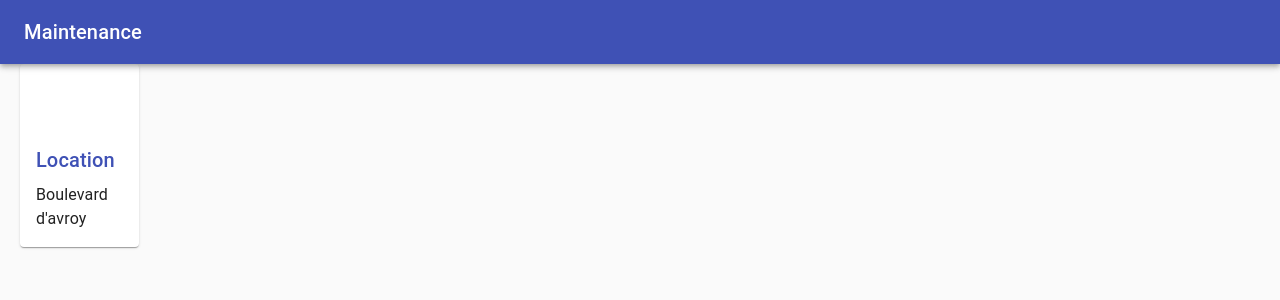
Repository: sapbrussels/intelligenthighway_webapp
Page: /Maintenance (app in router/)
The author's editor kept a copy of each file at every save. The page is drawn from the files as they stood at one save, then again after the next save.
The browser window is 1280 px wide. The pictures show the whole page.
The project was rebuilt for these pictures with package versions that can differ from the ones it lists, and the page was loaded fresh each time. Also part of the build but not shown: router/src/App.css, router/src/Login.js, router/src/Maps.js, router/src/Jobspage.js.

Above is the page before, as saved 2020-03-26 15:10:13.

### router/src/App.js
import React from 'react';
import {BrowserRouter, Route, Switch} from "react-router-dom";
import './App.css';
import Login from './Login';
import Jobspage from'./Jobspage';
import Maintenance from './Maintenance';


function App() {
  return (
    <BrowserRouter>
    <Switch>
     <Route path='/' exact component={Login}/>
     <Route path='/Jobspage' exact component={Jobspage}/>
     <Route path='/Maintenance' exact component={Maintenance}/>
     </Switch>
    </BrowserRouter>

  );
}

export default App;

### router/src/Maintenance.js
import React from 'react';
import { makeStyles } from '@material-ui/core/styles';
import CssBaseline from '@material-ui/core/CssBaseline';
import AppBar from '@material-ui/core/AppBar';
import Toolbar from '@material-ui/core/Toolbar';
import Typography from '@material-ui/core/Typography';
import DateMaintenance from './DateMaintenance';
import Grid from '@material-ui/core/Grid';
import Paper from '@material-ui/core/Paper';



const useStyles = makeStyles((theme) => ({
  paper: {
    marginTop: theme.spacing(8),
    display: 'flex',
    flexDirection: 'column',
    alignItems: 'center',
  },
  root: {
    display: 'flex',
  },
  toolbar: {
    paddingRight: 24, // keep right padding when drawer closed
  },
  toolbarIcon: {
    display: 'flex',
    alignItems: 'center',
    justifyContent: 'flex-end',
    padding: '0 8px',
    ...theme.mixins.toolbar,
  },
  appBar: {
    zIndex: theme.zIndex.drawer + 1,
    transition: theme.transitions.create(['width', 'margin'], {
      easing: theme.transitions.easing.sharp,
      duration: theme.transitions.duration.leavingScreen,
    }),
  },
  fixedHeight: {
    padding: theme.spacing(2),
    display: 'flex',
    overflow: 'auto',
    flexDirection: 'column',
  },
}));

export default function Dashboard() {
  const classes = useStyles();

  const fixedHeightPaper = (classes.fixedHeight);
  return (
    <div className={classes.root}>
      <CssBaseline />
      <AppBar position="absolute" className={classes.appBar}>
        <Toolbar className={classes.toolbar}>
          <Typography component="h1" variant="h6" color="inherit" noWrap className={classes.title}>
            Maintenance
          </Typography>
        </Toolbar>
      </AppBar>
      <div className={classes.paper}>
            <Grid item xs={12} md={8} lg={9}>
              <Paper className={fixedHeightPaper}>
                <DateMaintenance/>
              </Paper>
            </Grid>
      </div>
    </div>
  );
}

### router/src/listItems.js
import React from 'react';
import ListItem from '@material-ui/core/ListItem';
import ListItemIcon from '@material-ui/core/ListItemIcon';
import ListItemText from '@material-ui/core/ListItemText';
import DashboardIcon from '@material-ui/icons/Dashboard';
import ShoppingCartIcon from '@material-ui/icons/ShoppingCart';
import PeopleIcon from '@material-ui/icons/People';

export const mainListItems = (
  <div>
    <ListItem >
      <ListItemIcon>
        <DashboardIcon />
      </ListItemIcon>
      <ListItemText  primary="jobs page" />
    </ListItem>
    <ListItem button>
      <ListItemIcon>
        <ShoppingCartIcon />
      </ListItemIcon>
      <ListItemText primary="maintenance" />
    </ListItem>
    <ListItem button>
      <ListItemIcon>
        <PeopleIcon />
      </ListItemIcon>
      <ListItemText primary="help" />
    </ListItem>
  </div>
);

### router/src/LightStatus.js
import React from 'react';
import Link from '@material-ui/core/Link';
import { makeStyles } from '@material-ui/core/styles';
import Table from '@material-ui/core/Table';
import TableBody from '@material-ui/core/TableBody';
import TableCell from '@material-ui/core/TableCell';
import TableHead from '@material-ui/core/TableHead';
import TableRow from '@material-ui/core/TableRow';
import Rectangle from 'react-rectangle';
import Title from './Title';



// Generate Order Data
function createData(id, street_light, status,light) {
  return { street_light, status, light};
}

const rows = [
  createData(0, 'Boulevard Avroy 1.9', 'ON', <Rectangle aspectRatio={[3,3]}>
  <div style={{ background: '#008000',  width: '40%', height: '40%' }} />
</Rectangle>),
  createData(1, 'Rue de Londres 2.1', 'OFF',<Rectangle aspectRatio={[3,3]}>
  <div style={{ background: '#FFFFFF', width: '40%', height: '40%' }} />
</Rectangle>),
  createData(2, 'Rue de Londres 2.3', 'X',<Rectangle aspectRatio={[3,3]}>
  <div style={{ background: '#FF0000', width: '40%', height: '40%' }} />
</Rectangle>),
];

function preventDefault(event) {
  event.preventDefault();
}

const useStyles = makeStyles((theme) => ({
  seeMore: {
    marginTop: theme.spacing(3),
    padding: '20px',
    borderRadius:'10px',
  },
}));

export default function LightStatus() {
  const classes = useStyles();
  return (
    <React.Fragment>
      <Title>Light status</Title>
      <Table size="small">
        <TableHead>
          <TableRow>
            <TableCell>street light</TableCell>
            <TableCell>status</TableCell>
            <TableCell></TableCell>
          </TableRow>
        </TableHead>
        <TableBody>
          {rows.map((row) => (
            <TableRow key={row.id}>
              <TableCell>{row.street_light}</TableCell>
              <TableCell> {row.status}</TableCell>
              <TableCell> {row.light}</TableCell>
            </TableRow>
          ))}
        </TableBody>
      </Table>
      <div className={classes.seeMore}>
        <Link color="primary" href="#" onClick={preventDefault}>
          See more lights
        </Link>
      </div>
    </React.Fragment>
  );
}

### router/src/Jobslist.js
import React from 'react';
import {Link} from 'react-router-dom';
import { makeStyles } from '@material-ui/core/styles';
import Table from '@material-ui/core/Table';
import TableBody from '@material-ui/core/TableBody';
import TableCell from '@material-ui/core/TableCell';
import TableHead from '@material-ui/core/TableHead';
import TableRow from '@material-ui/core/TableRow';
import Title from './Title';

// Generate Order Data
function createData(id, location, job, accept) {
  return { id, location, job, accept };
}

const rows = [
    createData(0, 'Boulevard Avroy 1.9', 'Maintenance',<button>Accept</button>),
    createData(1, 'Rue de Londres 2.1', 'Fix issue',<Link to="/Maintenance"><button>Accept</button></Link>),
];

function preventDefault(event) {
  event.preventDefault();
}

const useStyles = makeStyles((theme) => ({
  seeMore: {
    marginTop: theme.spacing(3),
    padding: '20px',
    borderRadius:'10px',
  },
}));

    export default function Jobslist() {
    const classes = useStyles();
    return (
        <React.Fragment>
        <Title>jobs available</Title>
        <Table size="small">
            <TableHead>
            <TableRow>
                <TableCell>location</TableCell>
                <TableCell>job</TableCell>
                <TableCell>Accept the job</TableCell>
            </TableRow>
            </TableHead>
            <TableBody>
            {rows.map((row) => (
                <TableRow key={row.id}>
                <TableCell>{row.location}</TableCell>
                <TableCell>{row.job}</TableCell>
                <TableCell>{row.accept}</TableCell>
                </TableRow>
            ))}
            </TableBody>
        </Table>
        <div className={classes.seeMore}>
            <Link color="primary" href="#" onClick={preventDefault}>
            See more orders
            </Link>
        </div>
        </React.Fragment>
    );
}

### router/src/DateMaintenance.js
import React from 'react';
import { makeStyles } from '@material-ui/core/styles';
import Typography from '@material-ui/core/Typography';
import Title from './Title';

const useStyles = makeStyles((theme)=>({

  paper:{
      marginTop:  theme.spacing(8),
      alignItems:'center',
  },
}));

export default function Deposits() {
const classes = useStyles();
  return (
    <div className={classes.paper}>
    <React.Fragment>
      <Title>Location</Title>
      <Typography>Boulevard d'avroy</Typography>
    </React.Fragment>
    </div>
  );
}

Loaded but not shown: router/public/index.html (common file); router/src/index.js (common file); router/src/index.css (common file); router/src/serviceWorker.js (common file); router/src/Title.js (common file)

After the next save:
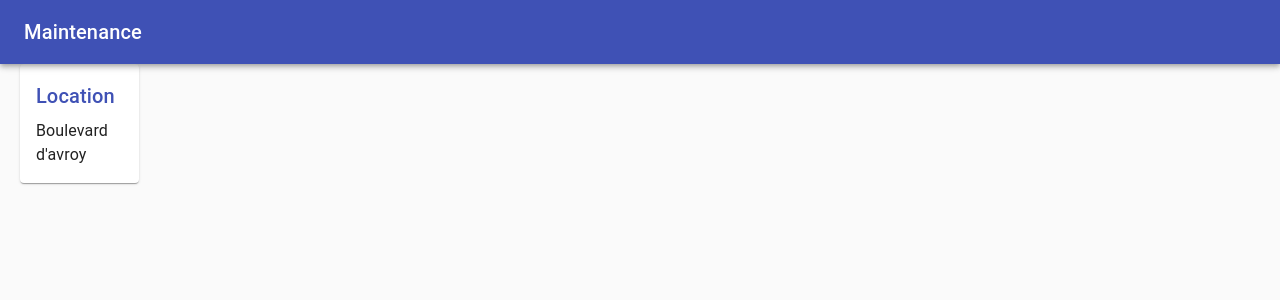
Saved 82 s later.
--- a/router/src/DateMaintenance.js
+++ b/router/src/DateMaintenance.js
@@ -6,8 +6,12 @@
 const useStyles = makeStyles((theme)=>({
 
   paper:{
-      marginTop:  theme.spacing(8),
-      alignItems:'center',
+    paper: {
+        marginTop: theme.spacing(8),
+        display: 'flex',
+        flexDirection: 'column',
+        alignItems: 'center',
+      },
   },
 }));
 
